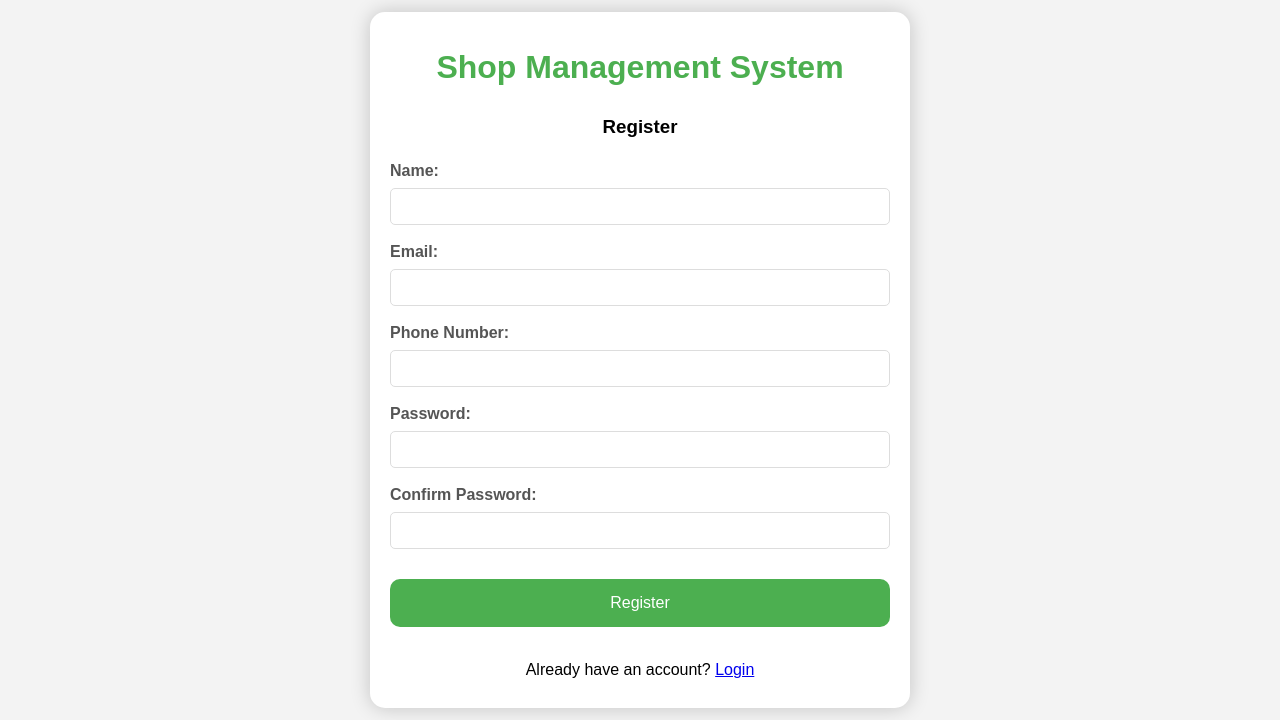
Repository: shamchiwade/GroceryNow
Page: http://localhost/ShopManagement/register.jsp
These files come from the project's save history. The page is drawn as it stood at one moment and after the next save; the edit follows.
The browser window is 1280 px wide. The pictures show the whole page.
The page is served by Tomcat 10.

Above is the page before, as saved 2024-10-01 19:14:14.

After the next save:
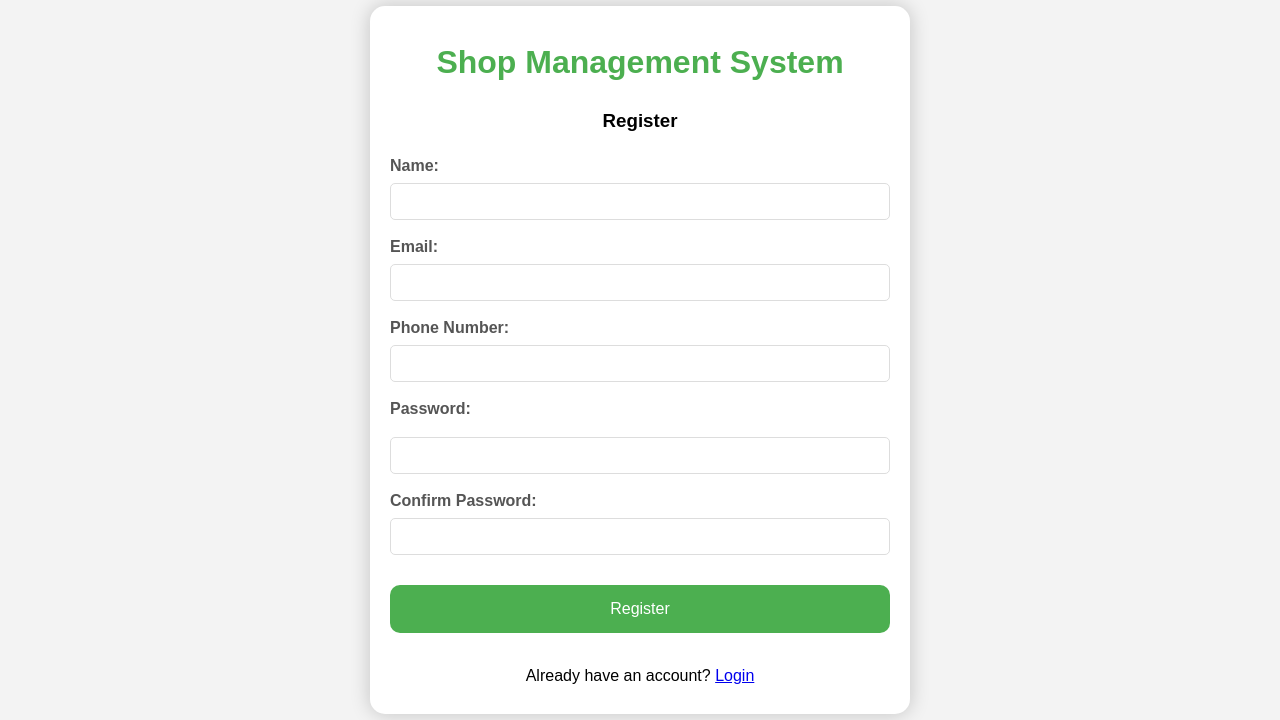
Saved 4 min 21 s later.
--- a/ShopManagement/src/main/webapp/register.jsp
+++ b/ShopManagement/src/main/webapp/register.jsp
@@ -14,7 +14,7 @@
             <input type="email" id="email" name="em" required>
             <label for="phoneNumber">Phone Number:</label>
             <input type="tel" id="phoneNumber" name="ph" required>
-            <label for="password">Password:</label>
+            <label for="password">Password:</label>	<p style="color: red;">${error}</p>
             <input type="text" id="password" name="ps" required>
             <label for="confirmPassword">Confirm Password:</label>
             <input type="text" id="confirmPassword" name="cps" required>
